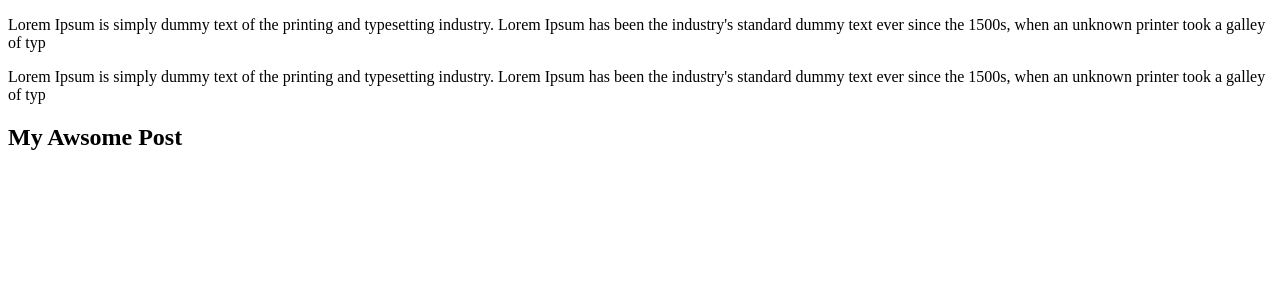
Repository: nema38/30DaysTrainning
Page: 30Days07/index.html
These files come from the project's save history. The page is drawn as it stood at one moment and after the next save; the edit follows.
The browser window is 1280 px wide. The pictures show the whole page.
Some web libraries are served in a nearby version.

Above is the page before, as saved 2014-04-16 17:00:49.

### 30Days07/index.html
<!DOCTYPE html>
<html>
	<head>
		<meta charset=utf-8>
		<title>Appending Content</title>

	</head>
	<body>

		<article>
			<h1>My Awsome Post</h1>
			<p>
				Lorem Ipsum is simply dummy text of the printing and typesetting industry. Lorem Ipsum has been the industry's standard dummy text ever since the 1500s, when an unknown printer took a galley of typ
			</p>
			<p>
				Lorem Ipsum is simply dummy text of the printing and typesetting industry. Lorem Ipsum has been the industry's standard dummy text ever since the 1500s, when an unknown printer took a galley of typ
			</p>
		</article>

		<script src="http://ajax.googleapis.com/ajax/libs/jquery/1.11.0/jquery.min.js"></script>

		<script>
			(function() {
				$('h1').appendTo('article');
			})();
		</script>

	</body>
</html>

After the next save:
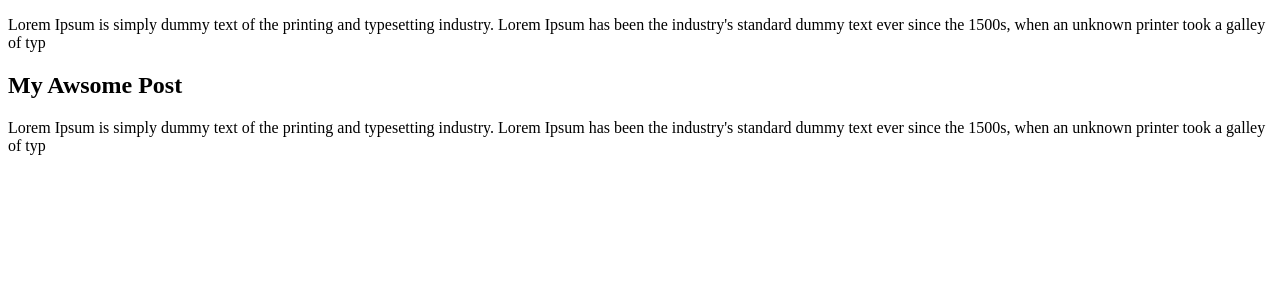
Saved 106 s later.
--- a/30Days07/index.html
+++ b/30Days07/index.html
@@ -21,7 +21,7 @@
 
 		<script>
 			(function() {
-				$('h1').appendTo('article');
+				$('p').eq(0).after ( $('h1'));
 			})();
 		</script>
 

After the save that followed:
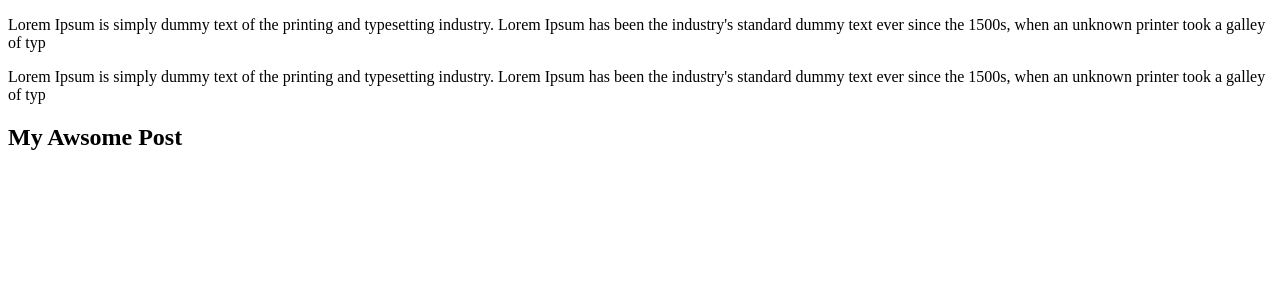
Saved 10 s later.
--- a/30Days07/index.html
+++ b/30Days07/index.html
@@ -21,7 +21,7 @@
 
 		<script>
 			(function() {
-				$('p').eq(0).after ( $('h1'));
+				$('p').eq(1).after ( $('h1'));
 			})();
 		</script>
 
